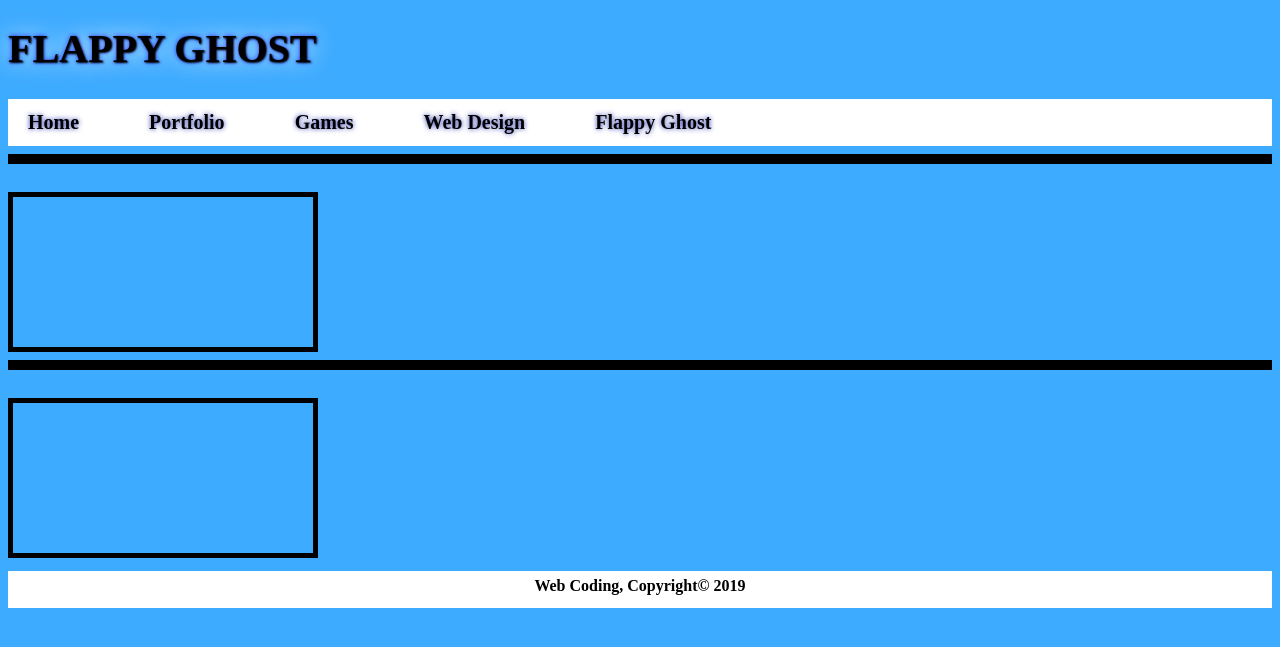
Repository: raidrn/raidrn.github.io
Page: mygame.html
The author's editor kept a record of every edit. The page is drawn from the files as they stood at one moment, then again after the next edit.
The browser window is 1280 px wide. The pictures show the whole page.

Above is the page before.
Console error: SyntaxError: Unexpected string

After the next edit:
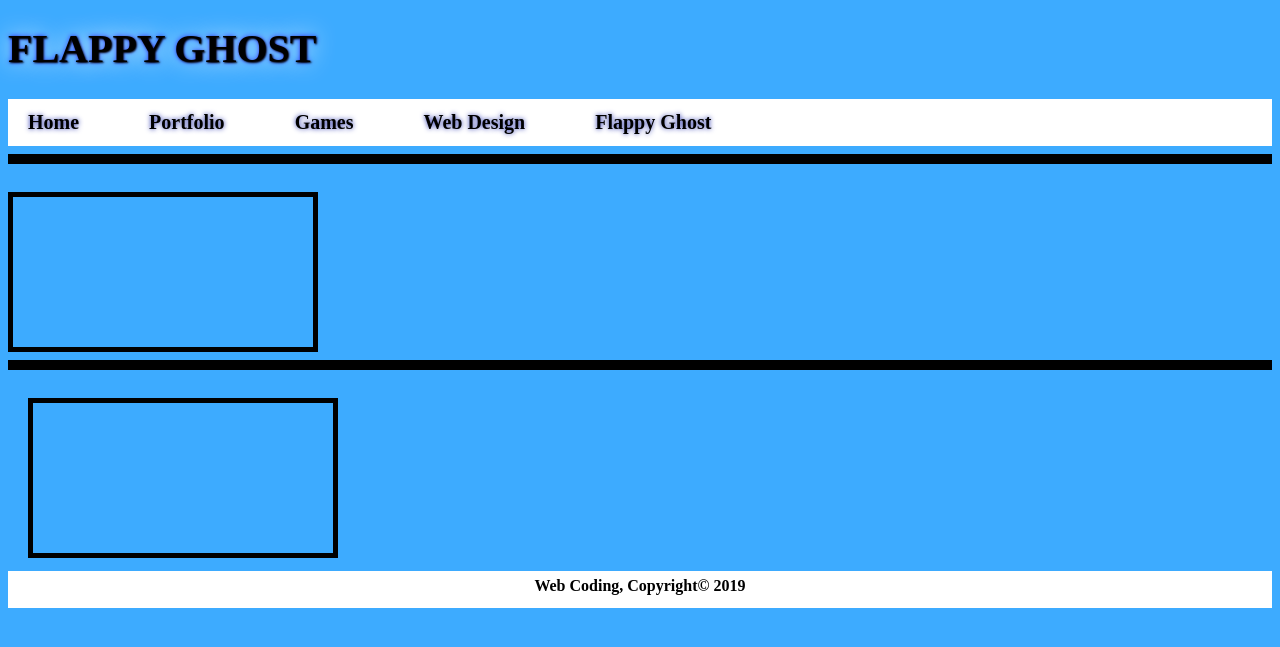
The edit:
--- a/mygame.html
+++ b/mygame.html
@@ -313,18 +313,111 @@
       }
      }
 
-
-
-
-
-
-
-
-
-
+     class Snake{
+      constructor(){
+        this.x = [];
+        this.y = [];
+        this.r = 100;
+        this.g = 50;
+        this.b = 100;
+        this.d = w;
+        this.x[0] = int(random(numLines));
+        this.y[0] = int(random(numLines));
+        this.dir = "";
+        this.eating= 1;
+      }
+      show(){
+        this.eating+=2;
+        for(var i = 0; i < this.x.length; i++){ //Apple
+          this.d = map(i, 0, this.x.length , w, 2*w/3);
+          this.r = map(i, 0, this.x.length ,0, 255);
+          fill(this.r,this.g,this.b);
+          stroke(0,100,0);
+          strokeWeight(3);
+          rect(this.x[i]*w+(w/2-this.d/2), this.y[i]*w+(w/2-this.d/2), this.d, this.d,           w/6);
+          if(i%2==0){
+           fill(100,0,0);
+          }else{
+            fill(0,0,100);
+          }
+          stroke(0,100,0);
+          strokeWeight(3);
+          noStroke();
+          if(i <= 0){
+          fill(255);
+          ellipse(this.x[i]*w+5,this.y[i]*w+6,8,8);
+          ellipse(this.x[i]*w+15,this.y[i]*w+6,8,8);//eyes
+          fill(100);
+          ellipse(this.x[i]*w+6,this.y[i]*w+6,4,4);//pupils
+          ellipse(this.x[i]*w+14,this.y[i]*w+6,4,4);
+          fill(0,0, 255);
+          noStroke();
+          ellipse(this.x[i]*w+10,this.y[i]*w-2,20,8);
+          ellipse(this.x[i]*w+10,this.y[i]*w-6,10,15);//hat
+          fill(255,0,0);
+          noStroke();
+          rect(this.x[i]*w+7.6,this.y[i]*w+15,5,12);//mouth
+          }
+          if(i == this.eating){
+            fill(255,0,0);
+            ellipse(this.x[i]*w+w/2, this.y[i]*w+w/2, 20, 20);
+          }
+        }
+      }
+
+      checkTail(){
+        for(var i = 1; i < this.x.length; i++){
+          if(this.x[0] == this.x[i] && this.y[0] == this.y[i]){
+            return true;
+          }
+        }
+        return false;
+      }
+      move(){
+        for(var i = this.x.length - 1; i > 0; i--){ //Makes the body & tail
+            this.x[i] = this.x[i-1];
+            this.y[i] = this.y[i-1];
+        }
+
+        switch(this.dir){
+          case "UP":
+            if(this.y[0]>0){
+               this.y[0]--;
+            }/*else{
+              apple = new Apple();
+              snake = new Snake();
+            }*/
+            break;
+          case "DOWN":
+            if(this.y[0]<numLines - 1){
+             this.y[0]++;
+            }/*else{
+              apple = new Apple();
+              snake = new Snake();
+            }*/
+            break;
+          case "LEFT":
+            if(this.x[0]>0){
+             this.x[0]--;
+            }/*else{
+              apple = new Apple();
+              snake = new Snake();
+            }*/
+            break;
+          case "RIGHT":
+            if(this.x[0]<numLines - 1){
+             this.x[0]++;
+            }/*else{
+              apple = new Apple();
+              snake = new Snake();
+            }*/
+            break;
+        }
+      }
+     }
 
     </script>
-    <canvas id="sketch" style="border: 5px solid black; margin-top:20px;"></canvas>
+    <canvas id="sketch" style="border: 5px solid black; margin-top:20px; margin-left:20px;"></canvas>
   </body>
 
   <footer>
